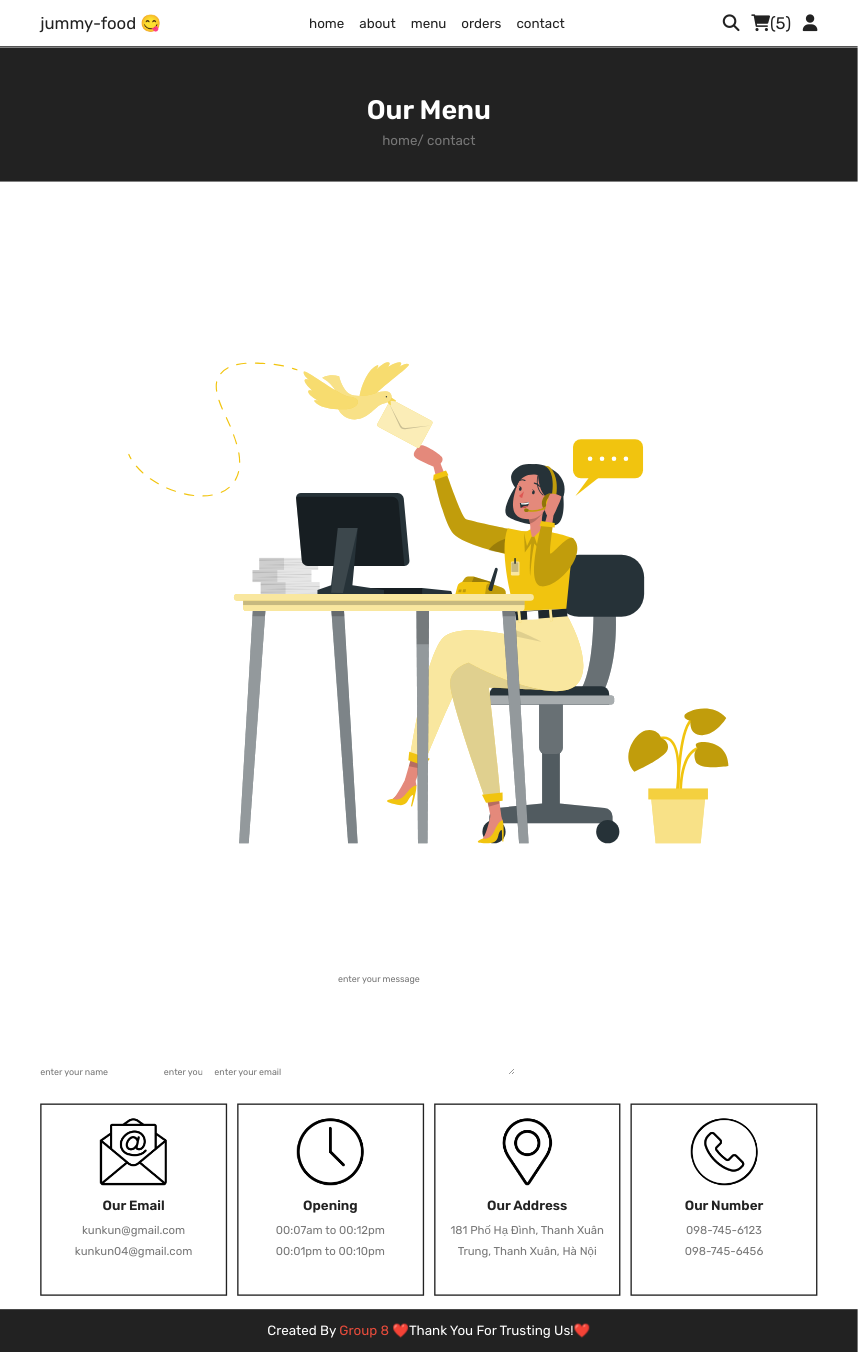
Repository: VuongLinhDinh/jummy_food
Page: contact.html
These files come from the project's save history. The page is drawn as it stood at one moment and after the next save; the edit follows.
The browser window is 1280 px wide. The pictures show the whole page, at 67% of full size.
Some web libraries are served in a nearby version.

Above is the page before, as saved 2023-11-09 23:40:28.

### contact.html
<!DOCTYPE html>
<html lang="en">
<head>
    <meta charset="UTF-8">
    <meta name="viewport" content="width=device-width, initial-scale=1.0">
    <title>Contact</title>
    <!-- font awesome cdn link -->
    <link rel="stylesheet" href="https://cdnjs.cloudflare.com/ajax/libs/font-awesome/6.1.1/css/all.min.css">
    <!-- custom css -->
    <link rel="stylesheet" href="./css/style.css">
</head>
<body>
    <!-- header section starts  -->
    <header class="header">
        <section class="flex">
            <a href="home.html" class="logo">jummy-food 😋</a>
            <nav class="navbar">
                <a href="home.html">home</a>
                <a href="about.html">about</a>
                <a href="menu.html">menu</a>
                <a href="orders.html">orders</a>
                <a href="contact.html">contact</a>
            </nav>
            <div class="icons">
                <a href="search.html"><i class="fas fa-search"></i></a>
                <a href="cart.html"><i class="fas fa-shopping-cart"></i><span>(5)</span></a>
                <div id="user-btn" class="fas fa-user"></div>
                <div id="menu-btn" class="fas fa-bars"></div>
            </div>
            <div class="profile">
                <p class="name">Kun Aquero</p>
                <div class="flex">
                    <a href="profile.html" class="btn">profile</a>
                    <a href="#" class="delete-btn">logout</a>
                </div>
                <p class="account"><a href="login.html">login</a> or <a href="login.html">register</a></p>
            </div>
        </section>
    </header>
    <!-- header section end  -->
    <div class="heading">
        <h3>our menu</h3>
        <p><a href="home.html">home</a><span>/ contact</span></p>
    </div>
    <!-- contact section starts  -->
    <section class="contact">
        <div class="row">
            <div class="image">
                <img src="images/contact-img.svg" alt="">
            </div>
            <form action="" method="post">
                <input type="text" name="name" maxlength="50" class="box" placeholder="enter your name" required>
                <input type="number" name="number" min="0" max="99999" class="box" placeholder="enter your number" required onkeypress="if(this.value.length == 10) return false;">
                <input type="email" name="email" maxlength="50" class="box" placeholder="enter your email" required>
                <textarea name="msg" class="box" cols="30" rows="10" maxlength="500" placeholder="enter your message"></textarea>
            </form>
        </div>
    </section>
    <!-- contact section end  -->

    <!-- footer section starts  -->
    <footer class="footer">
        <section class="grid">
            <div class="box">
                <img src="images/email-icon.png" alt="">
                <h3>our email</h3>
                <a href="mailto:kunkun@gmail.com">kunkun@gmail.com</a>
                <a href="mailto:kun04@gmail.com">kunkun04@gmail.com</a>
            </div>

            <div class="box">
                <img src="images/clock-icon.png" alt="">
                <h3>opening</h3>
                <p>
                    00:07am to 00:12pm
                    00:01pm to 00:10pm
                </p>
            </div>

            <div class="box">
                <img src="images/map-icon.png" alt="">
                <h3>our address</h3>
                <a href="https://www.google.com/maps/place/181+P.+H%E1%BA%A1+%C4%90%C3%ACnh,+H%E1%BA%A1+%C4%90%C3%ACnh,+Thanh+Xu%C3%A2n,+H%C3%A0+N%E1%BB%99i,+Vi%E1%BB%87t+Nam/@20.9891313,105.8056888,17z/data=!3m1!4b1!4m5!3m4!1s0x3135ac952468595f:0xd4c0347109838030!8m2!3d20.9891263!4d105.8082691?hl=vi-VN&entry=ttu">181 Phố Hạ Đình, Thanh Xuân Trung, Thanh Xuân, Hà Nội</a>
            </div>

            <div class="box">
                <img src="images/phone-icon.png" alt="">
                <h3>our number</h3>
                <a href="tel:0987456123">098-745-6123</a>
                <a href="tel:0987456456">098-745-6456</a>
            </div>
        </section>
        <div class="credit">created by <span>group 8</span> ❤️Thank you for trusting us!❤️</div>
    </footer>
    <!-- footer section end  -->
    <!-- custom js file -->
    <script src="./js/script.js"></script>
</body>
</html>

### css/style.css
@import url('https://fonts.googleapis.com/css2?family=Nunito:wght@200;300;400;600;700&family=Rubik:wght@300;400;500;600&display=swap');
:root {
    --yellow: #fed330;
    --red: #e74c3c;
    --white: #fff;
    --black: #222;
    --light-color: #777;
    --border: .2rem solid var(--black);
}
*{
    font-family: 'Rubik', sans-serif;
    margin: 0; padding: 0;
    box-sizing: border-box;
    outline: none; border: none;
    text-decoration: none;
}
*::selection {
    background-color: var(--yellow);
    color: var(--white);
}
::-webkit-scrollbar {
    height: 0.5rem;
    width: 1rem;
}
::-webkit-scrollbar-track {
    background-color: transparent;
}
::-webkit-scrollbar-thumb {
    background-color: var(--yellow);
}
html {
    font-size:  62.5%;
    overflow-x: hidden;
    scroll-behavior: smooth;
    stop-opacity: 7rem;
}
section {
    margin: 0 auto;
    max-width: 1200px;
    padding: 2rem;
}
.title {
    text-align: center;
    margin-bottom: 2.5rem;
    font-size: 4rem;
    color: var(--black);
    text-transform: uppercase;
    text-decoration: underline;
    text-underline-offset: 1rem;
}
.heading {
    display: flex;
    align-items: center;
    justify-content: center;
    gap: 1rem;
    flex-flow: column;
    background-color: var(--black);
    min-height: 20rem;
}
.heading h3 {
    font-size: 4rem;
    color: var(--white);
    text-transform: capitalize;
    margin-top: 2rem;
}
.heading p {
    font-size: 2rem;
}
.heading p a {
    color: var(--light-color);
}
.heading p a:hover {
    text-decoration: underline;
    color: var(--yellow);
}
.heading p span {
    color: var(--light-color);
}
.btn, .delete-btn {
    margin-top: 1rem;
    display: inline-block;
    font-size: 2rem;
    padding: 1rem 3rem;
    opacity: .6;
    cursor: pointer;
}
.btn:hover, .delete-btn:hover {
    /* letter-spacing: .2rem; */
    transition:  .2s linear;
    opacity: 1;
}
.btn {
    background-color: var(--yellow);
    color: var(--black);
}
.delete-btn {
    background-color: var(--red);
    color: var(--white);
}
.header {
    position: sticky;
    top: 0; left: 0; right: 0;
    z-index: 1000;
    background-color: var(--white);
    border-bottom: var(--border);
}
.header .flex {
    display: flex;
    align-items: center;
    justify-content: space-between;
    position: relative;
}
.header .flex .logo {
    font-size: 2.5rem;
    color: var(--black);
}
.header .flex .navbar a {
    font-size: 2rem;
    color: var(--black);
    margin: 0 1rem;

}
.header .flex .navbar a:hover {
    color: var(--yellow);
    text-decoration: underline;
}
.header .flex .icons > * {
    margin-left: 1.5rem;
    font-size: 2.5rem;
    color: var(--black);
    cursor: pointer;
}
.header .flex .icons > *:hover {
    color: var(--yellow);
}
#menu-btn {
    display: none;
}
.header .flex .profile {
    background-color: var(--white);
    border: var(--border);
    padding: 1.5rem;
    text-align: center;
    position: absolute;
    top: 125%; right: 2rem;
    width: 30rem;
    display: none;
    animation: fadeIn .2s linear;
}
.header .flex .profile.active {
    display: block;
}
@keyframes fadeIn {
    0% {
        transform: translateY(1rem);
    }
}
.header .flex .profile .name {
    font-size: 2rem;
    color: var(--black);
    margin-bottom: 1rem;
}
.header .flex .profile .account {
    margin-top: 1rem;
    font-size: 2rem;
    color: var(--light-color);
}
.header .flex .profile .account a {
    color: var(--black);
}
.header .flex .profile .account a:hover {
    color: var(--yellow);
    text-decoration: underline;
}
.hero .slide {
    display: flex;
    align-items: center;
    flex-wrap: wrap-reverse;
    gap: 2rem;
    margin-bottom: 4rem;
}
.hero .slide .image {
    flex: 1 1 40rem;
}
.hero .slide .image img {
    width: 100%;
}
.hero .slide .content {
    flex: 1 1 40rem;
    text-align: center;
}
.hero .slide .content span {
    font-size: 2.5rem;
    color: var(--light-color);
}
.hero .slide .content h3 {
    margin: 1rem 0;
    font-size: 6rem;
    color: var(--black);
    text-transform: capitalize;
}
.swiper-pagination-bullet-active{
    background-color: var(--yellow);
}
.category .box-container {
    display: grid;
    grid-template-columns: repeat(auto-fit, minmax(27rem, 1fr));
    gap: 1.5rem;
    align-items: flex-start;
}
.category .box-container .box {
    border: var(--border);
    padding: 2rem;
    padding-bottom: 5rem;
    text-align: center;
}
.category .box-container .box img {
    width: 100%;
    height: 10rem;
    object-fit: contain;
}
.category .box-container .box h3 {
    font-size: 2rem;
    margin-top: 1.5rem;
    color: var(--black);
    text-transform: capitalize;
}
.category .box-container .box:hover {
    background-color: var(--black);
}
.category .box-container .box:hover img {
    filter: invert(1);
}
.category .box-container .box:hover h3 {
    color: var(--white);
}
.products .box-container {
    display: grid;
    grid-template-columns: repeat(auto-fit, 33rem);
    justify-content: center;
    align-items: flex-start;
    gap: 1.5rem;
}
.products .box-container .box {
    border: var(--border);
    padding: 2rem;
    position: relative;
    overflow: hidden;
    margin-bottom: 1rem;
}
.products .box-container .box img {
    width: 100%;
    height: 25rem;
    object-fit: contain;
}
.products .box-container .box .fa-eye,
.products .box-container .box .fa-shopping-cart {
    position: absolute;
    top: 1rem;
    height: 4.5rem; width: 4.5rem;
    line-height: 4.3rem;
    border: var(--border);
    background-color: var(--white);
    cursor: pointer;
    font-size: 2rem;
    color: var(--black);
    transition: .2s linear;
}
.products .box-container .box .fa-eye:hover,
.products .box-container .box .fa-shopping-cart:hover {
    background-color: var(--black);
    color: var(--white);
}
.products .box-container .box .fa-eye {
    left: -10rem;
}
.products .box-container .box .fa-shopping-cart {
    right: -10rem;
}
.products .box-container .box:hover .fa-eye {
    left: 1rem;
}
.products .box-container .box:hover .fa-shopping-cart {
    right: 1rem;
}
.products .box-container .box .cat {
    font-size: 1.8rem;
    color: var(--light-color);
}
.products .box-container .box .cat:hover {
    color: var(--black);
    text-decoration: underline;
}
.products .box-container .box .name {
    font-size: 2rem;
    color: var(--black);
    margin: 1rem 0;
}
.products .box-container .box .flex {
    display: flex;
    align-items: center;
    gap: 1.5rem;
    margin-top: 1rem;
}
.products .box-container .box .flex .price {
    margin-right: auto;
    font-size: 2.5rem;
    color: var(--black);
}
.products .box-container .box .flex .price span {
    color: var(--light-color);
    font-size: 1.8rem;

}
.products .box-container .box .flex .qty {
    padding: 1rem;
    border: var(--border);
    font-size: 1.8rem;
    color: var(--black);
}
.products .more-btn {
    margin-top: 2rem;
    text-align: center;
}
.about .row {
    display: flex;
    align-items: center;
    flex-wrap: wrap;
    gap: 1.5rem;
}
.about .row .image {
    flex: 1 1 40rem;
}
.about .row .image img {
    width: 100%;
}
.about .row .content {
    flex: 1 1 40rem;
    text-align: center;
}
.about .row .content h3{
    font-size: 3rem;
    color: var(--black);
    text-transform: capitalize;
    margin-bottom: 2rem;
}
.about .row .content p {
    padding: 1rem 0;
    line-height: 2;
    font-size: 1.8rem;
    color: var(--light-color);
}
.about .row .content a {
    text-transform: capitalize;

}
.steps .box-container {
    display: grid;
    grid-template-columns: repeat(auto-fit, minmax(30rem, 1fr));
    gap: 1.5rem;
    align-items: flex-start;
}
.steps .box-container .box {
    text-align: center;
    border: var(--border);
    padding: 2rem;
}
.steps .box-container .box img {
    height: 10rem;
    width: 100%;
    object-fit: contain;
}
.steps .box-container .box h3 {
    font-size: 2.3rem;
    margin: 1rem 0;
    color: var(--black);
    text-transform: capitalize;
}
.steps .box-container .box p {
    line-height: 2;
    font-size: 1.6rem;
    color: var(--light-color);
    text-transform: capitalize;
}
.reviews .slide {
    margin-bottom: 4rem;
    border: var(--border);
    padding: 2rem;
    text-align: center;
}
.reviews .slide img {
    height: 10rem;
    width: 10rem;
    margin-bottom: .5rem;
    border-radius: 50%;
}
.reviews .slide p {
    padding: 1rem 0;
    line-height: 2;
    font-size: 1.5rem;
    color: var(--light-color);
}
.reviews .slide .stars {
    display: inline-block;
    padding: 1rem 2rem;
}
.reviews .slide .stars i {
    font-size: 1.8rem;
    color: var(--yellow);
}
.reviews .slide h3 {
    font-size: 2.5rem;
    margin-top: 1.5rem;
    color: var(--black);
    text-transform: capitalize;
}






































.footer .grid {
    display: grid;
    grid-template-columns: repeat(auto-fit, minmax(27rem, 1fr));
    gap: 1.5rem;
    align-items: flex-start;
}
.footer .grid .box {
    border: var(--border);
    padding: 2rem;
    padding-bottom: 5rem;
    text-align: center;
}
.footer .grid .box img {
    height: 10rem;
    width: 100%;
    object-fit: contain;
    margin-bottom: .5rem;
}
.footer .grid .box h3 {
    margin: 1rem 0;
    font-size: 2rem;
    color: var(--black);
    text-transform: capitalize;
}
.footer .grid .box p,
.footer .grid .box a {
    display: block;
    font-size: 1.7rem;
    color: var(--light-color);
    line-height: 1.8;
}
.footer .grid .box a:hover {
    text-decoration: underline;
}
.credit {
    padding: 2rem;
    text-align: center;
    background-color: var(--black);
    color: var(--white);
    font-size: 2rem;
    text-transform: capitalize;
}
.credit span {
    color: var(--red);

}

/* media query  */
@media (max-width: 991px) {
    html {
        font-size: 55%;
    }
}
@media (max-width: 768px) {
    #menu-btn {
        display: inline-block;
    }
    .header .flex .navbar {
        position: absolute;
        top: 99%; left: 0; right: 0;
        border-top: var(--border);
        border-bottom: var(--border);
        background-color: var(--white);
        transition:  .2s linear;
        clip-path: polygon(0 0, 100% 0, 100% 0, 0 0);
    }
    .header .flex .navbar a {
        display: block;
        margin: 2rem;
    }
    .header .flex .navbar.active {
        clip-path: polygon(0 0, 100% 0, 100% 100%, 0 100%);
    }
}
@media (max-width: 450px) {
    html {
        font-size: 50%
    }
    .title {
        font-size: 3rem;
    }
    .header .flex .logo {
        font-size: 2rem;
    }
    .hero .slide .content h3 {
        font-size: 5rem;
    }

}

### js/script.js
navbar = document.querySelector('.header .flex .navbar');
document.querySelector('#menu-btn').onclick = () => {
    navbar.classList.toggle('active');
    profile.classList.remove('active');
}
profile = document.querySelector('.header .flex .profile');
document.querySelector('#user-btn').onclick = () => {
    profile.classList.toggle('active');
    navbar.classList.remove('active');
}
window.onscroll = () => {
    navbar.classList.remove('active');
    profile.classList.remove('active');
}

After the next save:
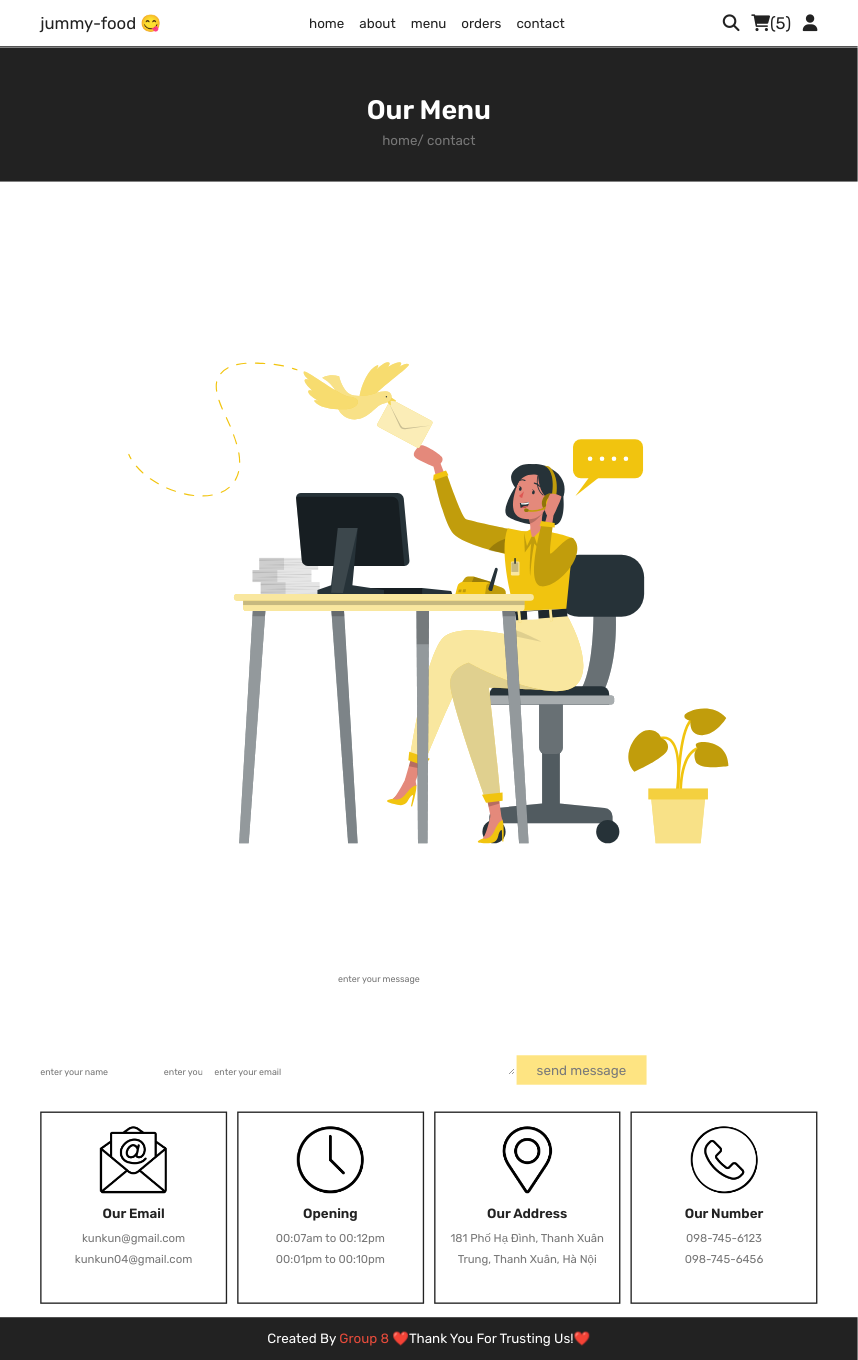
Saved 34 s later.
--- a/contact.html
+++ b/contact.html
@@ -53,6 +53,7 @@
                 <input type="number" name="number" min="0" max="99999" class="box" placeholder="enter your number" required onkeypress="if(this.value.length == 10) return false;">
                 <input type="email" name="email" maxlength="50" class="box" placeholder="enter your email" required>
                 <textarea name="msg" class="box" cols="30" rows="10" maxlength="500" placeholder="enter your message"></textarea>
+                <input type="submit" value="send message" class="btn">
             </form>
         </div>
     </section>
